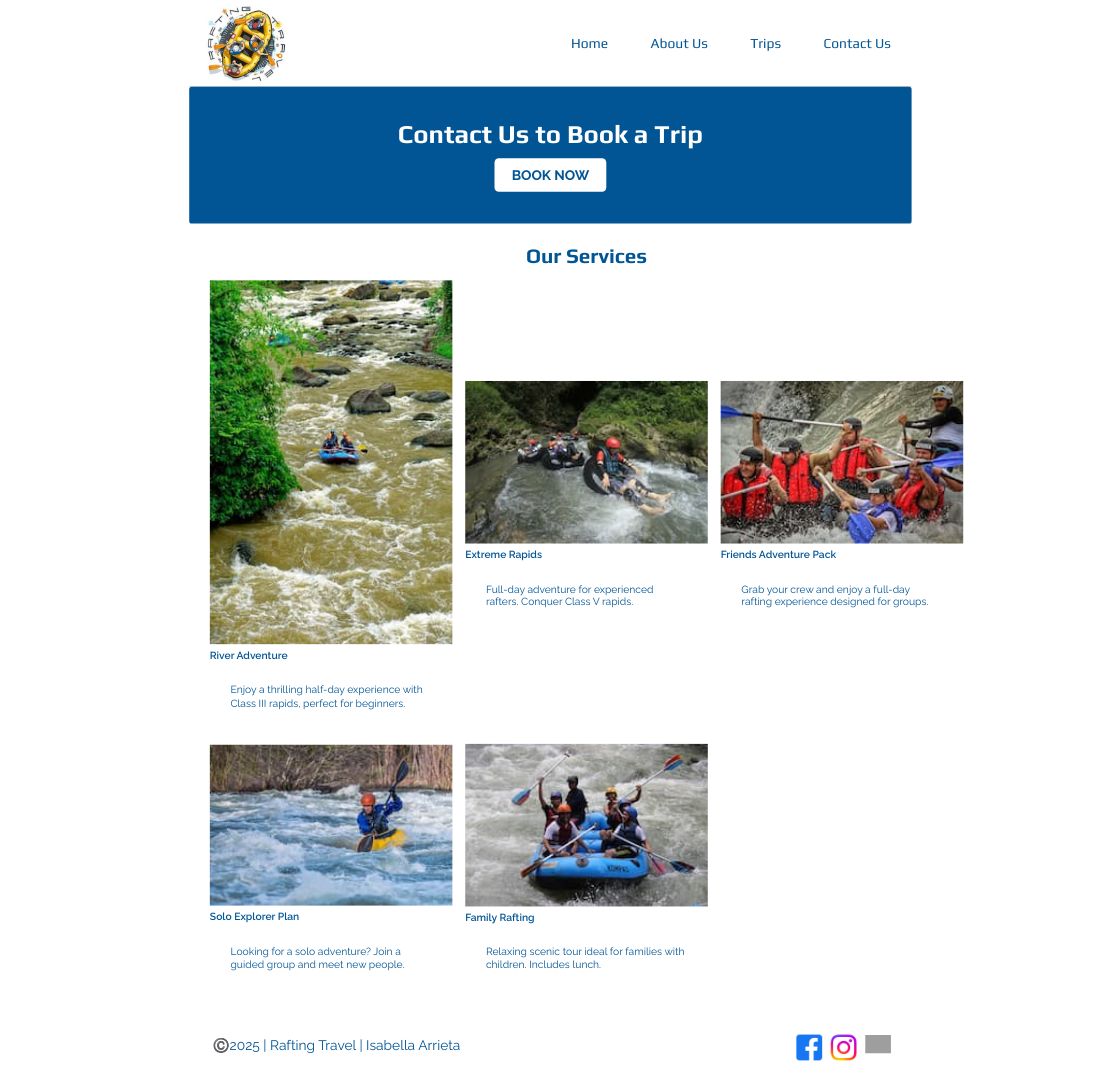
Repository: isaAJ05/wdd130
Page: wwr/trips.html
An editor plug-in stored every save of this project. The page is shown before and after the next save, followed by the edit.
The browser window is 1280 px wide. The pictures show the whole page, at 86% of full size.
Pictures or frames that could not be fetched are drawn as grey boxes.

Above is the page before, as saved 2025-06-16 23:31:19.

### wwr/trips.html
<!DOCTYPE html>
<html lang="en">
<head>
    <meta charset="UTF-8">
    <meta name="viewport" content="width=device-width, initial-scale=1.0">
    <title>Trips-Rafting Travel</title>
    <meta name="description" content="Info about the trips of Rafting Travel">
    <meta name="author" content="Isabella Arrieta">
    <link rel="stylesheet" href="styles/rafting.css">
    <link rel="preconnect" href="https://fonts.googleapis.com">
    <link rel="preconnect" href="https://fonts.gstatic.com" crossorigin>
    <link href="https://fonts.googleapis.com/css2?family=Play:wght@400;700&family=Raleway:ital,wght@0,100..900;1,100..900&display=swap" rel="stylesheet">
</head>
<body>
    <header>
        <img src ="images/z-raftingcompas.jpg" alt="Rafting Company Logo">
    <nav>
        <a href="index.html">Home</a>
        <a href="about.html">About Us</a>
        <a href="trips.html">Trips</a>
        <a href="contact.html">Contact Us</a>
    </nav>
    </header>
    <main>
        <div class="rectangle-3">
            <h1 class="header-3">Contact Us to Book a Trip</h1>
            <a href="contact.html" class="btn">BOOK NOW</a>
        </div>
        <section class="services">
            <h2>Our Services</h2>
            <figure>
                <img src="images/trips1.jpg" alt="">
                <figcaption>River Adventure</figcaption>
                <p>Enjoy a thrilling half-day experience with Class III rapids, perfect for beginners.</p>
            </figure>
            <figure>
                <img src="images/trips2.jpg" alt="">
                <figcaption>Extreme Rapids</figcaption>
                <p>Full-day adventure for experienced rafters. Conquer Class V rapids.</p>
            </figure>
            <figure>
                <img src="images/trips3.jpg" alt="">
                <figcaption>Friends Adventure Pack</figcaption>
                <p>Grab your crew and enjoy a full-day rafting experience designed for groups.</p>
            </figure>
            <figure>
                <img src="images/trips4.jpg" alt="">
                <figcaption>Solo Explorer Plan</figcaption>
                <p>Looking for a solo adventure? Join a guided group and meet new people.</p>
            </figure>
            <figure>
                <img src="images/trips5.jpg" alt="">
                <figcaption>Family Rafting</figcaption>
                <p>Relaxing scenic tour ideal for families with children. Includes lunch.</p>
            </figure>
        </section>
        </main>
    <footer>
        <p>©️2025 | Rafting Travel | Isabella Arrieta</p>
        <nav class="socialmedia">
            <a href="https://www.facebook.com/">
                <img src="images/facebook.webp" alt="Facebook" width="30">
            </a>
            <a href="https://www.instagram.com/">
                <img src="images/instagram.webp" alt="Instagram" width="30">
            </a>
            <a href="https://x.com/home">
                <img src="images/x.webp" alt="X" width="30">
            </a>
        </nav>
    </footer>
</body>
</html>

### wwr/styles/rafting.css
:root {
    --primary-color: #FC9F1C;
    --secondary-color: #FFE77C;
    --accent1-color: #025595;
    --accent2-color: #A6DEF6;
    --heading-font: "Play", sans-serif;
    --body-font: "Raleway", sans-serif;
}

header {
    margin: 1rem auto;
    background-color: #fff;
    color: var(--secondary-color);
    display: grid;
	grid-template-columns: 1fr 1fr;
    align-items: center;
    border-bottom: 1px solid #ccc;

}
header img {
    width: 100px;
    height: auto;
    margin-left: 16px;
}
*{
    margin: 0;
    padding: 0;
    box-sizing: border-box;
}
body {
    font-family: var(--body-font);
    color: var(--accent1-color);
}
 header, main, footer {
    width: 840px;
    margin: 0 auto;
}
h1, h2{
    font-family: var(--heading-font);
    color: var(--accent1-color);
}
p, section, article{
    margin: 16px;
    padding: 8px;
}
.History {
    display: grid;
	grid-template-columns: 1fr 1fr 1fr;
    align-items: center;
    grid-gap: 1px;
}
.History h2{
    grid-column: 1/4;
    text-align: center;

}
.History img{
    width: 100%;
    height: auto;
}
.Adventure {
    display: grid;
    grid-template-columns: 1fr 1fr 1fr 1fr 1fr;
    align-items: center;
    grid-gap: 15px;
}
.Adventure h2{
    grid-column: 1/6;
    text-align: center;
}
.Adventure img{
    width: 100%;
    height: auto;
}
figcaption {
    text-align: center;
}
nav {
    margin: 16px;
    padding: 8px;
    display: flex;
    justify-content: space-between;
	flex: 1 1 auto;

}
nav a {
    text-decoration: none;
    font-family: var(--heading-font);
    color: var(--accent1-color);
}
nav a:hover {
    color: var(--primary-color);
    text-decoration: underline;
}

.socialmedia a{
    text-decoration: none;
}
.socialmedia {
    justify-content: right;
    gap: 10px;
}

.herodiv{
    position: relative;
    margin: 1em auto;

}

.herodiv img{
    display: block;
    width: 100%;
    height: auto;
}

.herodiv h1{
    position: absolute;
    top: 20px;
    width: 100%;
    padding: 16px;
    text-align: center;
    opacity: 0.9;
    background-color: var(--accent1-color);
    color: #ffffff;

}

.herodiv article{
    position: absolute;
    top: 150px;
    left: 5px;
    width: 800px;
    opacity: 0.9;
    background-color: var(--accent1-color);
    color: #ffffff;
}
.herodiv article img{
    float: right;
    width: 230px;
    padding: 8px;
}
footer {
    display: flex;

}
footer p {
    margin: 19px;
    padding: 8px;

}
.rectangle-3 {
	width: 840px;
	height: 159px;
	padding: 8px 8px 8px 8px;
	background:var(--accent1-color);
    margin: 0 auto;
    display: flex;
    flex-direction: column;
    align-items: center;
    justify-content: center;
	border-radius: 3px 3px 3px 3px;

}
.rectangle-3 .header-3 {
    width: 463px;
	height: 36px;
	color: #FFFFFF;
	font-family: var(--heading-font);
	font-weight: 700;
	font-size: 30px;
	line-height: 1.2;
	text-align: center;
}
.we-love-questions-and-feedback-and-we-re-always- {
	width: 418px;
	height: 44px;
	color: #FFFFFF;
	font-family: var(--body-font);
	font-weight: 400;
	font-size: 13px;
	line-height: 1.4;
	text-align: center;
}
.rectangle-4 {
	width: 840px;
	height: 348px;
	background: #FFFFFF;
	border-radius: 3px 3px 3px 3px;
    display: flex;
    align-items: flex-start;
}
.column-text{
    flex:1;
    padding: 20px;
    align-items: center;
}
.column-text .block{
    flex:1;
}

.column-map {
    flex: 1;
    text-align: right;;
}

.column-map iframe {
	max-width: 463px;
	height: 348px;
	background: #00000000;

}


.header-14 {
	width: 223px;
	color: var(--accent1-color);
	font-family: var(--body-font);
	font-weight: 700;
	font-size: 24px;
	line-height: 1.2;
    text-align: left;
    margin-top: 34px;
}
.jackson-wyoming-ee-uu- {

    margin-top: 35px;
	color: var(--accent1-color);
	font-family: var(--body-font);
	font-weight: 600;
	font-size: 16px;
	line-height: 1.1;
	text-align: left;
    padding-left: 6px;
}


.address-phone-and-email {
    margin-top: 20px;
	color: var(--accent1-color);
	font-family: var(--body-font);
	font-weight: 400;
	font-size: 11px;
	line-height: 1.5;
	text-align: left;
}
.address-phone-and-email img {
	width: 18px;
	height: 18px;
}
.address-phone-and-email figure {
    display: flex;
    gap: 10px;
    margin: 0;
    margin-top: 10px;
}



.rectangle-5 {
	width: 840px;
	height: 240px;
    padding: 20px 20px 20px 20px;
	background: var(--accent1-color);
	border-radius: 3px 3px 3px 3px;
    display: grid;
    grid-template-columns: 1fr 1fr 1fr;
    align-items: center;
    justify-items: center;
}
.rectangle-5 img {
	width: 120px;
	height: 135px;
	background: #00000000;
}

.rectangle-5 figcaption {
	width: 111px;
	height: 15px;
	color: #FFFFFF;
	font-family: var(--body-font);
	font-weight: 500;
	font-size: 14px;
	line-height: 1.1;
	text-align: center;
}

.header-16 {
	width: 223px;
	height: 48px;
	color: #FFFFFF;
	font-family: var(--heading-font);
	font-weight: 700;
	font-size: 24px;
	line-height: 1.2;
	text-align: center;
    grid-column: 1/4;
    margin: 0 auto;
}

.rectangle-6 {
	width: 840px;
	height: 551px;
	padding: 8px 8px 8px 8px;
	background: #EDF0F4;
	border-radius: 3px 3px 3px 3px;
}
.rectangle-7 {
	width: 840px;
	height: 340px;
	padding: 8px 8px 8px 8px;
	background: #EDF0F4;
	border-radius: 3px 3px 3px 3px;
}
.rectangle-6 h2, .rectangle-7 h2 {
    margin-top: 48px;
	color: #3B4754;
	font-family: var(--heading-font);
	font-weight: 700;
	font-size: 24px;
	line-height: 1.2;
	text-align: center;
}

.rectangle-6 p, .rectangle-7 p {
	color: #4f6278;
	font-family: var(--body-font);
	font-weight: 400;
	font-size: 13px;
	line-height: 1.5;
	text-align: center;
}

.rectangle-6 .row, .rectangle-7 .row {
    display: flex;
    gap: 20px;
    align-items: center;
    justify-content: center;
    padding-top: 16px;
    padding-bottom: 16px;

}

.rectangle-6 .form-title, .rectangle-7 .form-title {
    display: flex;
    flex-direction: column;

}
.rectangle-6 .form-title label, .rectangle-7 .form-title label {
	width: 31px;
	height: 12px;
	color: #3B4754;
	font-family: var(--body-font);
	font-weight: 700;
	font-size: 11px;
	line-height: 1.1;
	text-align: left;
}
.rectangle-6 .form-title input, .rectangle-7 .form-title input {
	width: 225px;
	height: 28px;
	background: #FFFFFF;
	color: #9FAFC1;
	border-color: #C9D3DD;
	border-width: 2px;
	border-style: solid;
	border-radius: 4px 4px 4px 4px;
	font-family: var(--body-font);
	font-weight: 400;
	font-size: 12px;
	text-align: left;
    margin-top: 4px;
}
.rectangle-6 .title label, .rectangle-7 .title label {
	width: 31px;
	height: 12px;
	color: #3B4754;
	font-family: var(--body-font);
	font-weight: 700;
	font-size: 11px;
	line-height: 1.1;
	text-align: left;
    padding-left: 176px;
}
.radio{
    padding-left: 176px;

}

input[type="radio"]{
	background: #FFFFFF;
	border-color: #C9D3DD;
	border-width: 1.5px;
	border-style: solid;
}
.radio label {
    font-family: var(--body-font);
	font-weight: normal;
	font-size: 12px;
	text-align: left;
    color: #232323;
}
.rectangle-6 .textarea {
    display: flex;
    flex-direction: column;
    align-items: center;
    justify-content: center;
}
.rectangle-6 .textarea textarea {
    width: 469px;
	height: 99px;
	background: #FFFFFF;
	color: #000000;
	border-color: #C9D3DD;
	border-width: 2px;
	border-style: solid;
	border-radius: 4px 4px 4px 4px;
	font-family: var(--body-font);
	font-weight: 400;
	font-size: 12px;
	text-align: left;

}
.check {
    padding-left: 260px;
    padding-top: 20px;
    padding-bottom: 16px;
}
.check checkbox {
	width: 371px;
	height: 19px;
	background: #FFFFFF;
	border-color: #C9D3DD;
	border-width: 1.5px;
	border-style: solid;

}

.check label{
    font-family: var(--body-font);
	font-weight: normal;
	font-size: 12px;
	text-align: left;
	color: #4f6278;;
}
.send {
    padding-left: 360px;
}
.rectangle-6 button, .hero button, .rectangle-7 button {
	width: 100px;
	height: 28px;
	padding: 0px 10px 0px 10px;
	background: var(--accent1-color);
	color: #FFFFFF;
	border-color: #3B4754;
	border-width: 1px;
	border-style: solid;
	border-radius: 2px 2px 2px 2px;
	font-family: var(--body-font);
	font-weight: 700;
	font-size: 10px;
	text-align: center;

}
.rectangle-6 button:hover, .btn:hover, .rectangle-7 button:hover {
    background: var(--primary-color);
    color: #fff;
    cursor: pointer;
}
.hero {
	position: relative;
}
.hero img {
	width: 100%;
	display: block;
}
.hero-text {
	position: absolute;
	top: 360px;
	width: 100%;
	text-align: center;
	background-color: var(--accent1-color);
	padding: 20px;
	opacity: 0.9;
	color: #ffffff;
}

.hero-text h1 {
	font-size: 1.7rem;
	margin: 0;
	font-family: var(--heading-font);
	color: #ffffff;
}
.btn {
	display: inline-block;
	margin-top: 10px;
	padding: 10px 20px;
	background-color: #ffffff;
	color: var(--accent1-color);
	text-decoration: none;
	border-radius: 5px;
	font-weight: bold;
}
.more-info {
    display: grid;
    grid-template-columns: 1fr 1fr 1fr;
    align-items: center;
    justify-items: center;

}

.more-info h2{
    grid-column: 1/4;
    text-align: center;
	margin-bottom: 16px;

}
.more-info img{
    width: 200px;
    height: auto;
}
.more-info figcaption{
	text-align: center;
	padding: 8px;
	font-family: var(--body-font);
	color: var(--accent1-color);
	font-weight: 500;
	font-size: 14px;
}

.services {
    display: grid;
    grid-template-columns: 1fr 1fr 1fr;
    align-items: center;
    grid-gap: 15px;
}
.services h2{
    grid-column: 1/4;
    text-align: center;
}
.services img{
    width: 100%;
    height: auto;
}
.services figcaption {

	font-weight: 600;
	font-size: 12px;
	line-height: 1.5;
	text-align: left;
}
.services p {
	width: 250px;
	font-weight: 400;
	font-size: 12px;
	line-height: 1.3;
	text-align: left;
}

After the next save:
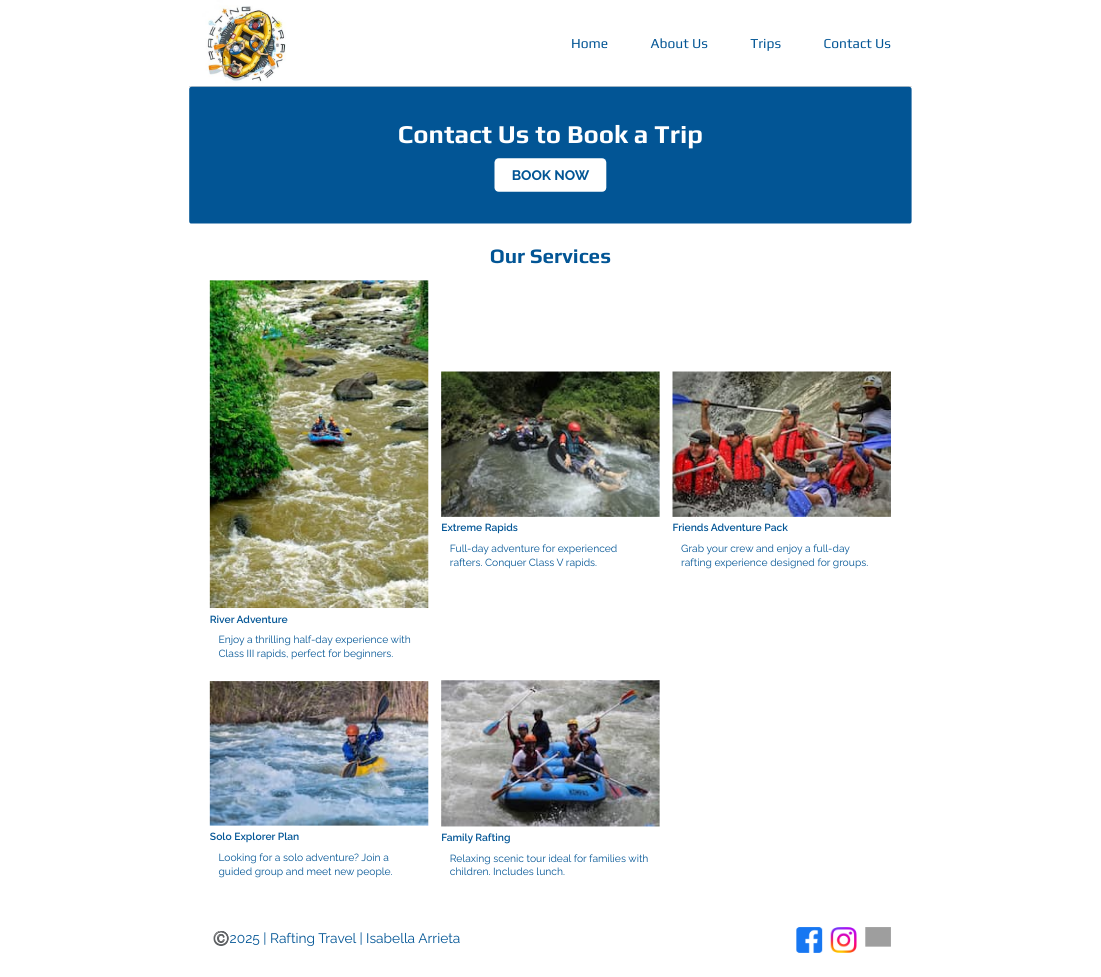
Saved 5 s later.
--- a/wwr/styles/rafting.css
+++ b/wwr/styles/rafting.css
@@ -554,4 +554,7 @@ input[type="radio"]{
 	font-size: 12px;
 	line-height: 1.3;
 	text-align: left;
-}
+	color: var(--accent1-color);
+	margin: 0 auto;
+	padding: 8px;
+}
